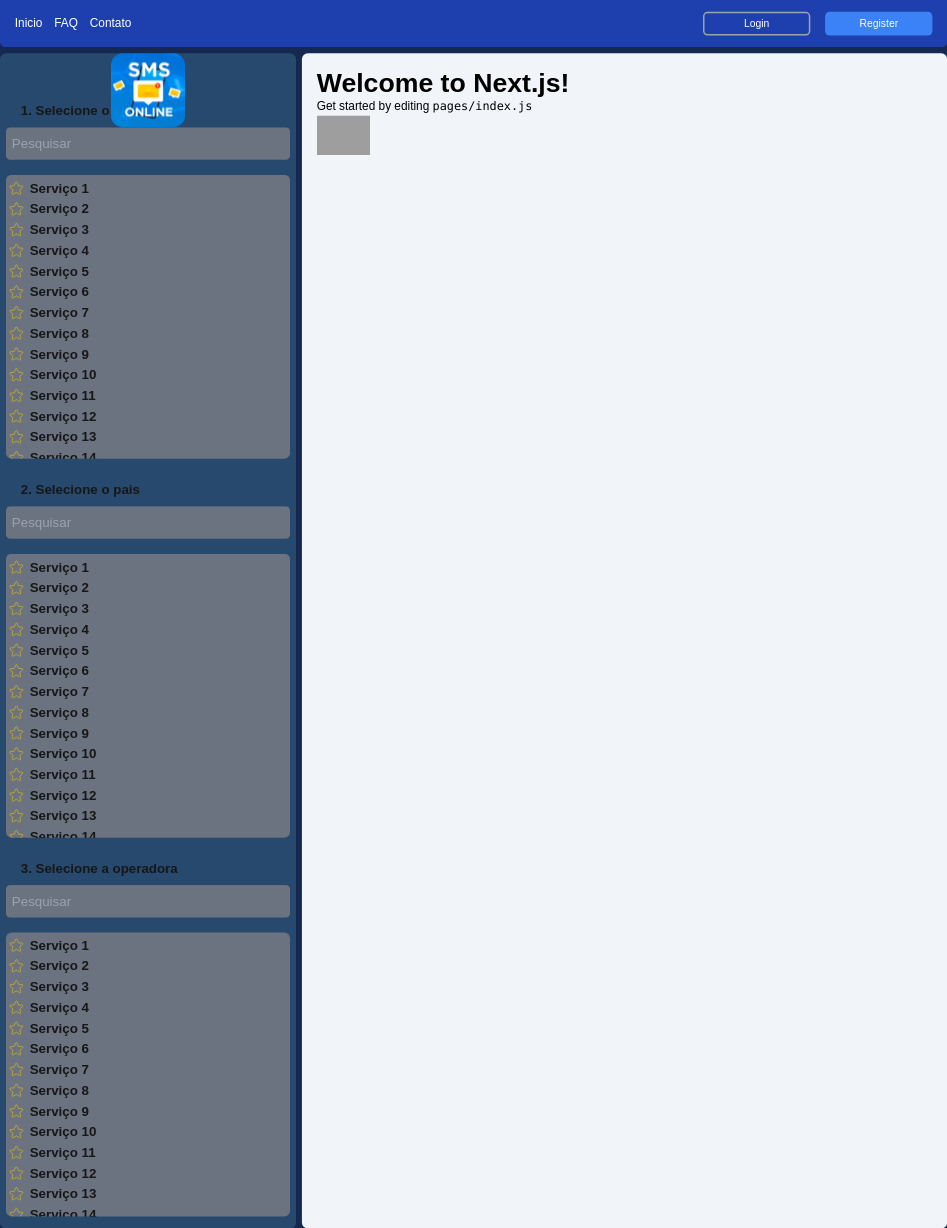
Repository: Felipe-Henrique-Dev/-DIOGO-SMS
Page: /
The author's editor kept a copy of each file at every save. The page is drawn from the files as they stood at one save, then again after the next save.
The browser window is 1280 px wide. The pictures show the whole page, at 74% of full size.
Pictures or frames that could not be fetched are drawn as grey boxes. The project was rebuilt for these pictures with package versions that can differ from the ones it lists, and the page was loaded fresh each time. The framework's server and built-in components were replaced by stand-ins that run in the browser. Also part of the build but not shown: next.config.ts.

Above is the page before, as saved 2024-12-16 22:15:33.

After the next save:
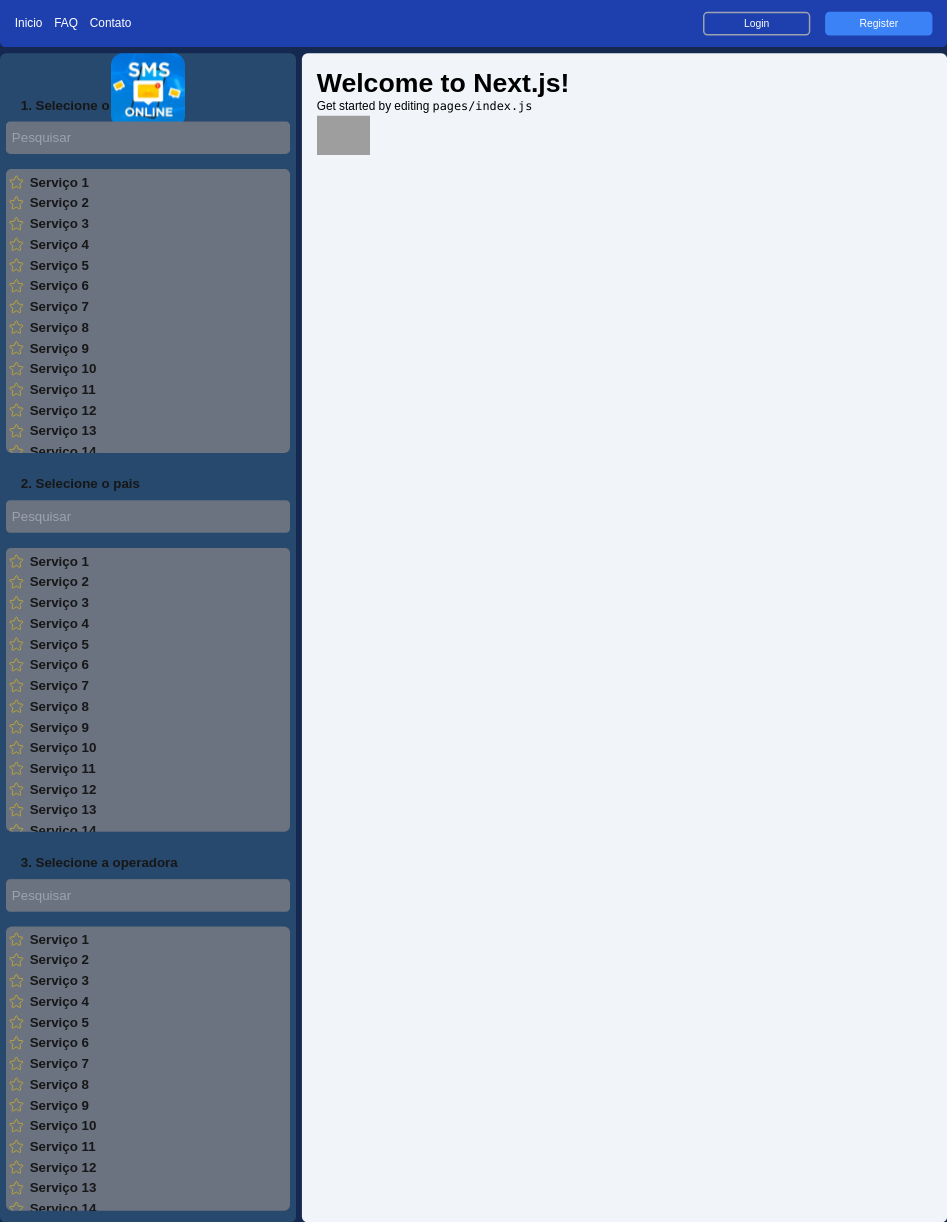
Saved 4 s later.
--- a/src/components/main/WebApp.tsx
+++ b/src/components/main/WebApp.tsx
@@ -9,7 +9,7 @@
   const [selectOperator, setSelectOperator] = React.useState<{ title: string; valor: number; numberDispobilize: number; id: string } | null>(null);
 
   return (
-    <aside className="min-w-[25rem] min-h-[90svh] bg-background_secondary text-pri sticky left-0 top-[4.5rem] z-50 rounded-lg flex flex-col p-2 gap-5  pt-16">
+    <aside className="min-w-[25rem] min-h-[90svh] bg-background_secondary text-pri sticky left-0 top-[4.5rem] z-50 rounded-lg flex flex-col p-2 gap-5  pt-14">
       <Image src="/logo.webp" alt="Logo" width={100} height={100} className="rounded-2xl absolute top-0 transform -translate-x-1/2 left-1/2" />
       <Container subTitle="1. Selecione o serviço" list={list} select={selectService} setSelect={setSelectService} />
       <Container subTitle="2. Selecione o pais" list={list} select={selectCountry} setSelect={setSelectCountry} />
